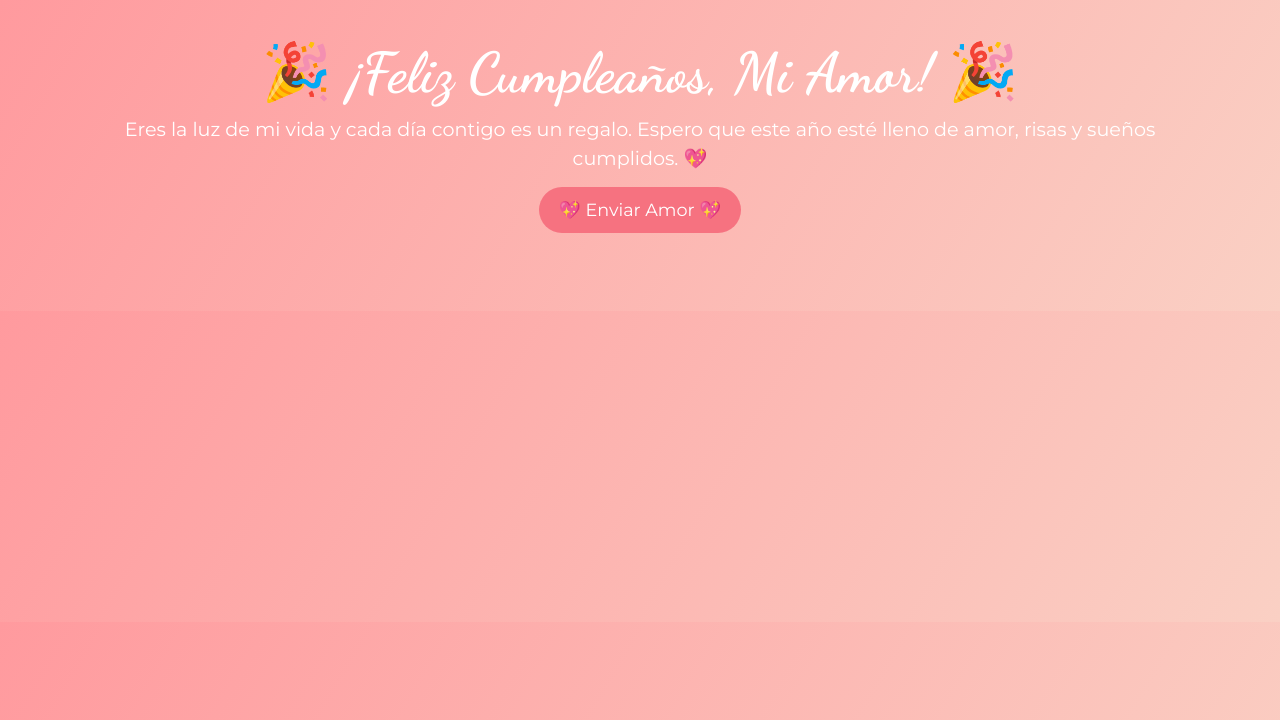
Repository: Jchimbo99/Esposa
Page: index.html
These files come from the project's save history. The page is drawn as it stood at one moment and after a run of saves; the edit follows.
The browser window is 1280 px wide. The pictures show the whole page.

Above is the page before, as saved 2025-01-24 09:22:52.

After the next 3 saves:
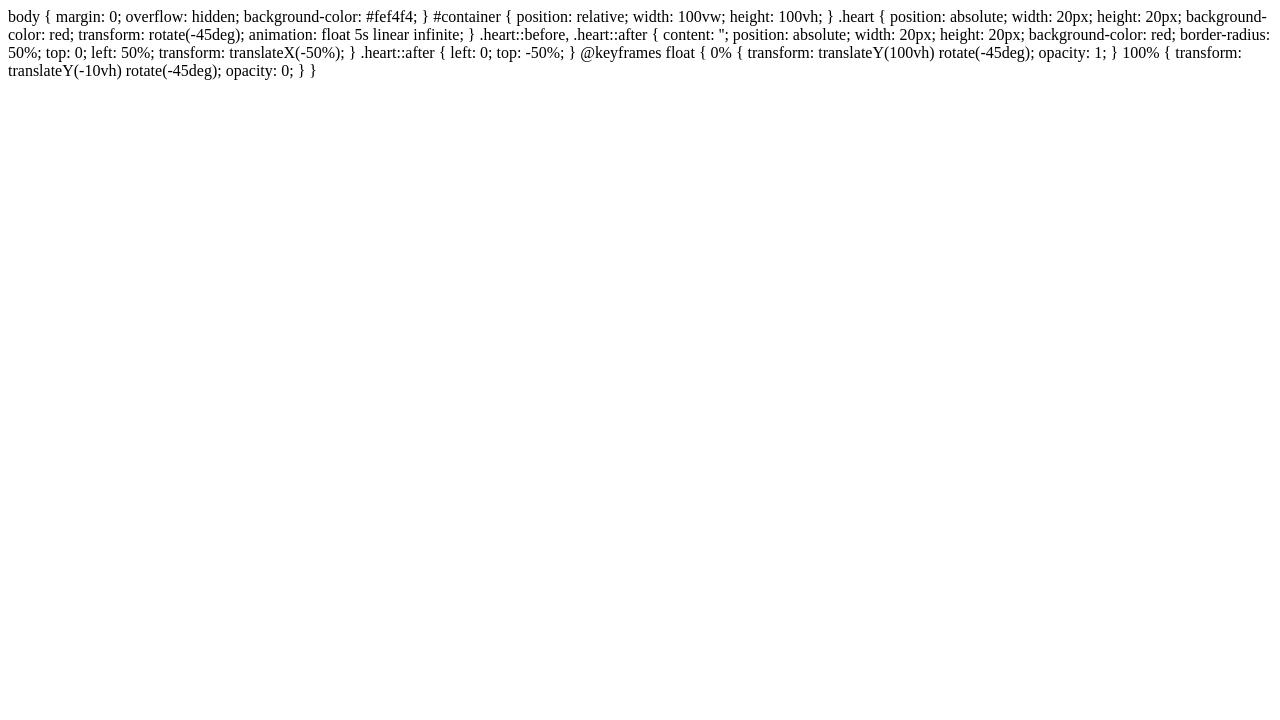
The 3 saves are shown as one change because they came seconds apart.
The last was saved 8 s later.
--- a/index.html
+++ b/index.html
@@ -1,80 +1,49 @@
-<!DOCTYPE html>
-<html lang="en">
-<head>
-    <meta charset="UTF-8">
-    <meta name="viewport" content="width=device-width, initial-scale=1.0">
-    <title>¡Feliz Cumpleaños, Amor!</title>
-    <!-- Bootstrap CSS -->
-    <link href="https://cdn.jsdelivr.net/npm/bootstrap@5.3.0-alpha3/dist/css/bootstrap.min.css" rel="stylesheet">
-    <!-- Google Fonts -->
-    <link href="https://fonts.googleapis.com/css2?family=Dancing+Script:wght@700&family=Montserrat:wght@400;700&display=swap" rel="stylesheet">
-    <!-- Custom CSS -->
-    <style>
-        body {
-            background: linear-gradient(120deg, #ff9a9e, #fad0c4);
-            font-family: 'Montserrat', sans-serif;
-            color: #fff;
-            text-align: center;
-            padding: 20px;
-        }
-        h1 {
-            font-family: 'Dancing Script', cursive;
-            font-size: 3.5rem;
-            margin-top: 20px;
-        }
-        p {
-            font-size: 1.2rem;
-        }
-        .btn-custom {
-            background-color: #f67280;
-            border: none;
-            color: white;
-            padding: 10px 20px;
-            font-size: 1.1rem;
-            border-radius: 50px;
-            transition: transform 0.3s, box-shadow 0.3s;
-        }
-        .btn-custom:hover {
-            background-color: #c06c84;
-            transform: scale(1.1);
-            box-shadow: 0 4px 15px rgba(0, 0, 0, 0.2);
-        }
-        .balloons {
-            animation: float 4s infinite ease-in-out;
-        }
-        @keyframes float {
-            0%, 100% {
-                transform: translateY(0);
-            }
-            50% {
-                transform: translateY(-20px);
-            }
-        }
-    </style>
-</head>
-<body>
-    <div class="container">
-        <h1>🎉 ¡Feliz Cumpleaños, Mi Amor! 🎉</h1>
-        <p>Eres la luz de mi vida y cada día contigo es un regalo. Espero que este año esté lleno de amor, risas y sueños cumplidos. 💖</p>
-        <div class="mt-4">
-            <button class="btn btn-custom balloons" onclick="showLove()">💖 Enviar Amor 💖</button>
-        </div>
-        <div id="hearts" class="mt-5"></div>
-    </div>
+body {
+  margin: 0;
+  overflow: hidden;
+  background-color: #fef4f4;
+}
 
-    <!-- Bootstrap JS -->
-    <script src="https://cdn.jsdelivr.net/npm/bootstrap@5.3.0-alpha3/dist/js/bootstrap.bundle.min.js"></script>
-    <!-- Custom JavaScript -->
-    <script>
-        function showLove() {
-            const heartsContainer = document.getElementById('hearts');
-            const heart = document.createElement('div');
-            heart.innerHTML = '❤️';
-            heart.style.fontSize = '2rem';
-            heart.style.animation = 'float 3s ease-in-out infinite';
-            heart.style.marginTop = '10px';
-            heartsContainer.appendChild(heart);
-        }
-    </script>
-</body>
-</html>
+#container {
+  position: relative;
+  width: 100vw;
+  height: 100vh;
+}
+
+.heart {
+  position: absolute;
+  width: 20px;
+  height: 20px;
+  background-color: red;
+  transform: rotate(-45deg);
+  animation: float 5s linear infinite;
+}
+
+.heart::before,
+.heart::after {
+  content: '';
+  position: absolute;
+  width: 20px;
+  height: 20px;
+  background-color: red;
+  border-radius: 50%;
+  top: 0;
+  left: 50%;
+  transform: translateX(-50%);
+}
+
+.heart::after {
+  left: 0;
+  top: -50%;
+}
+
+@keyframes float {
+  0% {
+    transform: translateY(100vh) rotate(-45deg);
+    opacity: 1;
+  }
+  100% {
+    transform: translateY(-10vh) rotate(-45deg);
+    opacity: 0;
+  }
+}
